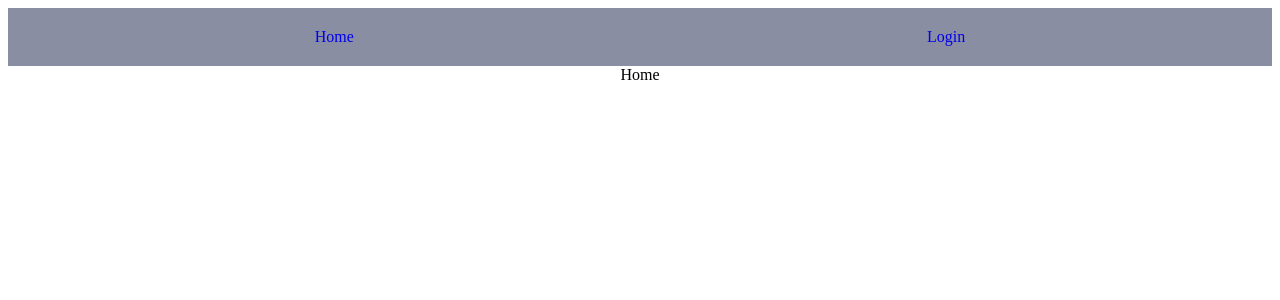
Repository: albinsabu2023/postapp
Page: /
An editor plug-in stored every save of this project. The page is shown before and after the next save, followed by the edit.
The browser window is 1280 px wide. The pictures show the whole page.
The project was rebuilt for these pictures with package versions that can differ from the ones it lists, and the page was loaded fresh each time. Also part of the build but not shown: src/Components/Login.tsx.

Above is the page before, as saved 2024-02-05 00:06:41.

After the next save:
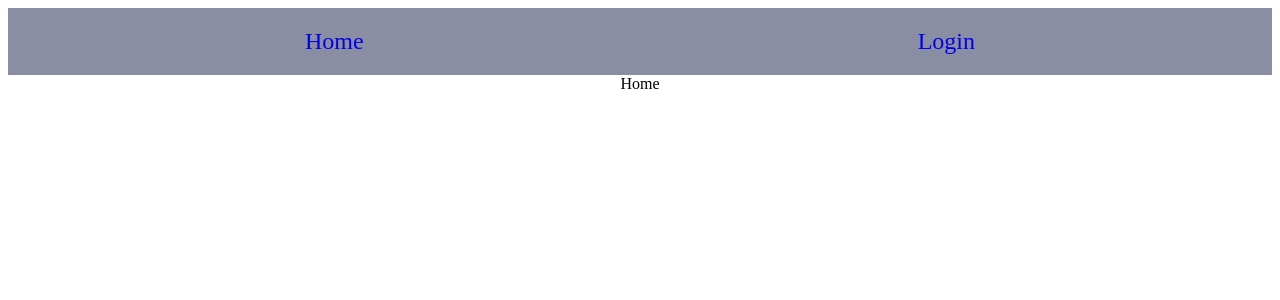
Saved 10 s later.
--- a/src/Components/Navbar.css
+++ b/src/Components/Navbar.css
@@ -8,5 +8,6 @@
 }
 .navContainer :link{
     text-decoration: none;
+    font-size: x-large;
 
 }
